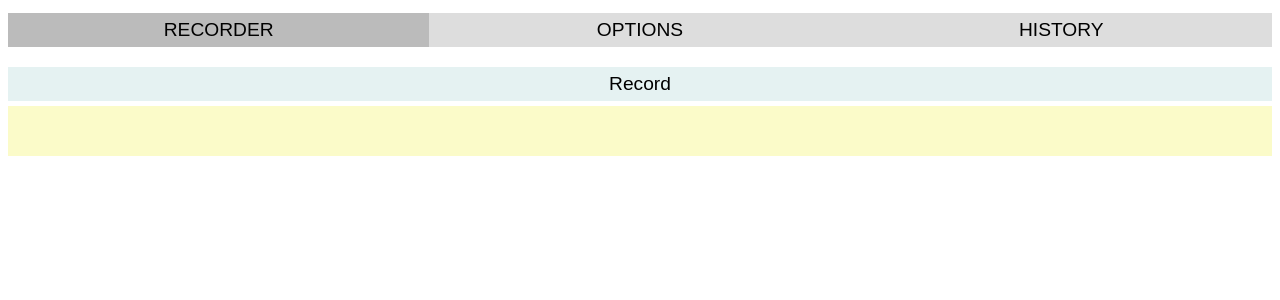
Repository: jcuzcan/audio-ext
Page: popup/main.html
An editor plug-in stored every save of this project. The page is shown before and after the next save, followed by the edit.
The browser window is 1280 px wide. The pictures show the whole page.

Above is the page before, as saved 2025-03-25 14:25:39.

### popup/main.html
<!DOCTYPE html>
<html>
<head>
  <meta charset="utf-8">
  <link rel="stylesheet" href="styles.css"/>
</head>
<body>
  <div class="tabs">
    <button class="tab-button active" data-tab="recorder">RECORDER</button>
    <button class="tab-button" data-tab="options">OPTIONS</button>
    <button class="tab-button" data-tab="history">HISTORY</button>
  </div>

  <div id="recorder" class="tab-content active">
    <button id="record">Record</button>
    <canvas id="waveform"></canvas>
    <button id="download" class="hidden">Download</button>
    <button id="redo" class="hidden">Redo</button>
  </div>

  <div id="options" class="tab-content hidden">
    <p>Options content here.</p>
  </div>

  <div id="history" class="tab-content hidden">
    <p>History content here.</p>
  </div>

  <script src="script.js"></script>
</body>
</html>

### popup/styles.css
html, body {
  min-width: 200px;
  overflow: hidden;
}
.hidden {
  display: none;
}
button {
  border: none;
  width: 100%;
  margin: 5px auto;
  padding: 6px;
  text-align: center;
  font-size: 1.2em;
  cursor: pointer;
  background-color: #E5F2F2;
}
button:hover {
  background-color: #CFF2F2;
}
canvas {
  width: 100%;
  height: 50px;
  background-color: #FBFBC9;
}
.tabs {
  display: flex;
  justify-content: space-between;
}
.tab-button {
  flex-grow: 1;
  padding: 6px;
  cursor: pointer;
  border: none;
  background-color: #ddd;
}
.tab-button.active {
  background-color: #bbb;
}
.tab-content {
  margin-top: 10px;
}

### popup/script.js
document.querySelectorAll(".tab-button").forEach(button => {
  button.addEventListener("click", () => {
    document.querySelectorAll(".tab-button").forEach(btn => btn.classList.remove("active"));
    document.querySelectorAll(".tab-content").forEach(content => content.classList.add("hidden"));

    button.classList.add("active");
    document.getElementById(button.dataset.tab).classList.remove("hidden");
  });
});

document.addEventListener("DOMContentLoaded", async () => {
  let recordButton = document.getElementById("record");
  let downloadButton = document.getElementById("download");
  let redoButton = document.getElementById("redo");

  // Reset UI elements initially
  downloadButton.classList.add("hidden");
  redoButton.classList.add("hidden");

  try {
    // Request current recording state from background.js
    let response = await chrome.runtime.sendMessage({ command: "getRecordingState" });

    if (response?.isRecording) {
      recordButton.textContent = "Recording (click to stop)";
      downloadButton.classList.remove("hidden");
      redoButton.classList.remove("hidden");
    } else {
      recordButton.textContent = "Record";
    }
  } catch (error) {
    console.warn("Error checking recording state:", error);
    alert("Failed to check recording status. Please try again.");
  }

  // Handle record button click
  recordButton.addEventListener("click", async () => {
    try {
      if (recordButton.textContent === "Record") {
        // Start recording
        recordButton.textContent = "Recording (click to stop)";
        recordButton.disabled = true; // Prevent multiple clicks
        await chrome.runtime.sendMessage({ command: "startRecording" });

        // Hide download and redo buttons during recording
        downloadButton.classList.add("hidden");
        redoButton.classList.add("hidden");
      } else {
        // Stop recording
        recordButton.textContent = "Record";
        await chrome.runtime.sendMessage({ command: "stopRecording" });

        // Show download and redo buttons after stopping
        downloadButton.classList.remove("hidden");
        redoButton.classList.remove("hidden");
      }
    } catch (error) {
      console.error("Recording error:", error);
      alert("An error occurred while recording. Please try again.");
    } finally {
      recordButton.disabled = false; // Re-enable button after request
    }
  });

  // Handle download button click
  downloadButton.addEventListener("click", async () => {
    try {
      await chrome.runtime.sendMessage({ command: "download" });
    } catch (error) {
      console.error("Error downloading recording:", error);
      alert("Failed to download the recording. Please try again.");
    }
  });

  // Handle redo button click (reload page to reset state)
  redoButton.addEventListener("click", () => {
    location.reload();
  });
});

After the next save:
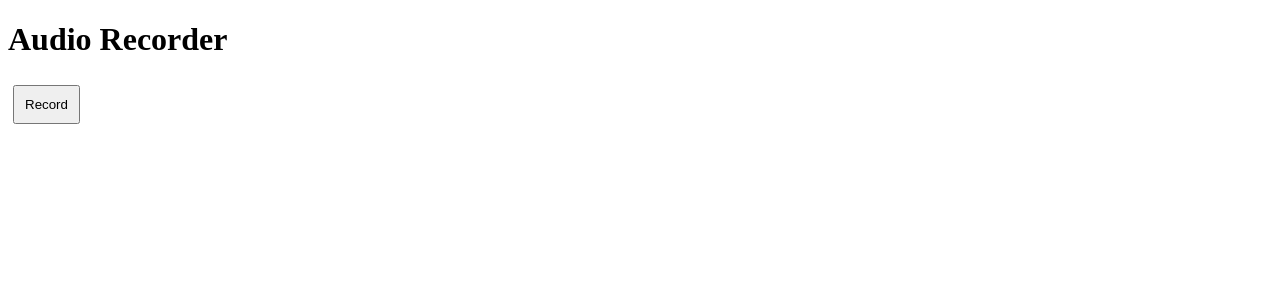
Saved 47 min 56 s later.
--- a/popup/main.html
+++ b/popup/main.html
@@ -1,30 +1,19 @@
 <!DOCTYPE html>
-<html>
+<html lang="en">
 <head>
-  <meta charset="utf-8">
-  <link rel="stylesheet" href="styles.css"/>
+  <meta charset="UTF-8" />
+  <title>Audio Recorder</title>
+  <style>
+    /* Simple styles for visibility */
+    .hidden { display: none; }
+    button { margin: 5px; padding: 10px; }
+  </style>
 </head>
 <body>
-  <div class="tabs">
-    <button class="tab-button active" data-tab="recorder">RECORDER</button>
-    <button class="tab-button" data-tab="options">OPTIONS</button>
-    <button class="tab-button" data-tab="history">HISTORY</button>
-  </div>
-
-  <div id="recorder" class="tab-content active">
-    <button id="record">Record</button>
-    <canvas id="waveform"></canvas>
-    <button id="download" class="hidden">Download</button>
-    <button id="redo" class="hidden">Redo</button>
-  </div>
-
-  <div id="options" class="tab-content hidden">
-    <p>Options content here.</p>
-  </div>
-
-  <div id="history" class="tab-content hidden">
-    <p>History content here.</p>
-  </div>
+  <h1>Audio Recorder</h1>
+  <button id="record">Record</button>
+  <button id="download" class="hidden">Download</button>
+  <button id="redo" class="hidden">Redo</button>
 
   <script src="script.js"></script>
 </body>
